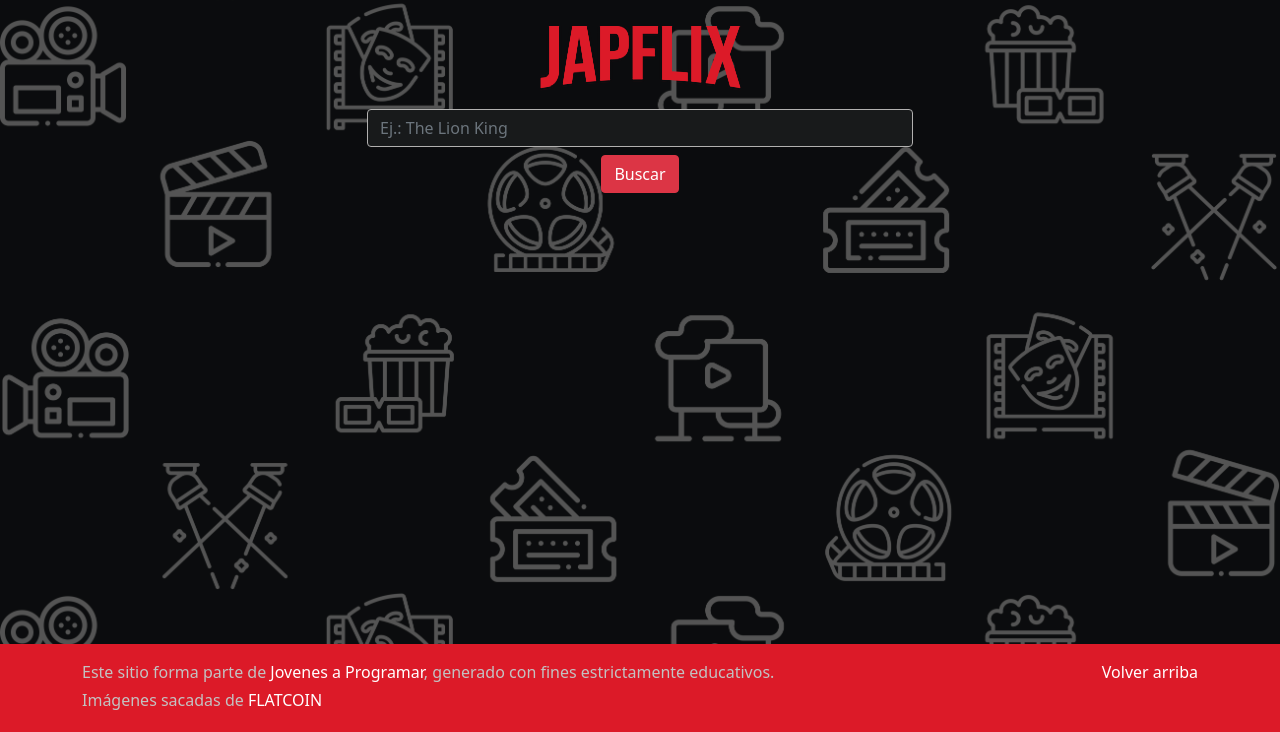
Repository: romancegirl/japflix
Page: index.html
The author's editor kept a copy of each file at every save. The page is drawn from the files as they stood at one save, then again after the next save.
The browser window is 1280 px wide. The pictures show the whole page.
The page's requests for data from a server got no answer.

Above is the page before, as saved 2024-11-18 19:08:36.

### index.html
<!doctype html>
<html lang="es">

<head>
  <meta charset="utf-8">
  <meta name="viewport" content="width=device-width, initial-scale=1">
  <title>Japflix</title>

  <link href="css/bootstrap.min.css" rel="stylesheet">
  <link rel="stylesheet" href="https://cdnjs.cloudflare.com/ajax/libs/font-awesome/4.7.0/css/font-awesome.min.css">
  <link rel="stylesheet" href="css/style.css">

</head>

<body class="bg-dark d-flex flex-column min-vh-100">

  <main class="flex-grow-1">
    <div class="text-center container">
      <div class="row py-lg-3">
        <div class="col-lg-6 col-md-8 mx-auto">
          <h1 class="fw-light"><img src="img/japflix.png" alt="japflix"></h1>
          <input type="search" class="form-control" name="buscar" id="inputBuscar" placeholder="Ej.: The Lion King">
          <button class="btn btn-danger m-2" id="btnBuscar">Buscar</button>
        </div>
      </div>
    </div>
    <div class="album">
      <ul class="list-group container" id="lista">
      </ul>
    </div>
  </main>

  <footer class="text-muted py-3">
    <div class="container">
      <p class="float-end mb-1">
        <a href="#">Volver arriba</a>
      </p>
      <p class="mb-1">Este sitio forma parte de <a href="https://jovenesaprogramar.edu.uy/" target="_blank">
        Jovenes a Programar</a>, generado con fines estrictamente educativos.</p>
        <p class="mb-1">Imágenes sacadas de <a href="https://www.flaticon.com/free-icon/" target="_blank">FLATCOIN</a></p>
    </div>
  </footer>

  <div class="offcanvas offcanvas-top text-bg-dark" id="movieDetails" tabindex="-1" aria-labelledby="movieDetailsLabel">
    <div class="offcanvas-header bg-dark text-bg-dark">
      <h4 id="movieTitle"></h4>
      <button type="button" class="btn-close btn-close-white" data-bs-dismiss="offcanvas" aria-label="Close"></button>
    </div>
    <div class="offcanvas-body bg-dark text-bg-dark">
      <p id="movieOverview"></p>
      <p><strong>Géneros:</strong> <span id="movieGenres"></span></p>
      <button class="btn btn-danger dropdown-toggle" data-bs-toggle="dropdown" aria-expanded="false" id="btnInfo">Más información</button>
      <ul class="dropdown-menu bg-dark text-bg-dark">
        <li><strong>Año de lanzamiento:</strong> <span id="movieYear"></span></li>
        <hr>
        <li><strong>Duración:</strong> <span id="movieDuration"></span> min</li>
        <hr>
        <li><strong>Presupuesto:</strong> $<span id="movieBudget"></span></li>
        <hr>
        <li><strong>Ganancias:</strong> $<span id="movieRevenue"></span></li>
      </ul>
    </div>
  </div>

  <script src="js/bootstrap.bundle.min.js"></script>
  <script src="js/script.js"></script>
</body>


</html>

### css/style.css
body {
    background-color: #1C1E1F;
    color: #B2B1B0;
    background:
        linear-gradient(rgba(0, 0, 0, 0.671), rgba(0, 0, 0, 0.671)),
        url('../img/background.png');
    background-size: 80rem;
    background-position: top 0.2rem center;
    background-repeat: repeat;
}

input[type="search"] {
    background-color: #181A1B;
    border: 1px solid #B2B1B0;
    color: #B2B1B0;
}

input[type="search"]:focus {
    box-shadow: 0 0 10px #96242F;
    background-color: #181A1B;
    border: 1px solid #96242F;
    color: #B2B1B0;
}

.offcanvas-body {
    background-color: #1C1E1F;
    color: #B2B1B0;
}

.img-card-fit {
    object-fit: cover;
    width: 100%;
    height: auto;
}

.img-cont {
    height: 200px;
    overflow: hidden;
    background-color: beige;
}

.card-content {
    height: 150px;
    overflow: auto;
}

main {
    min-height: calc(100vh - 100px);
}

.checked {
    color: orange;
}

.offcanvas-top {
    height: fit-content;
}

.list-group-item .d-flex {
    gap: 10px;
}

@media (max-width: 768px) {
    .list-group-item .d-flex {
        flex-direction: column;
        align-items: flex-start;
    }

    .list-group-item .d-flex p,
    .list-group-item .d-flex div {
        align-self: flex-start;
        width: 100%;
        margin: 0;
    }

    .list-group-item .d-flex div {
        margin-top: 8px;
    }
}

#movieGenres {
    font-style: italic;
}

.dropdown-menu {
    padding: 1rem 2rem;
    color: #B2B1B0;

}

footer {
    background-color: #DC1A28;
    bottom: 0;
    width: 100%;
    margin-top: 1.5rem;
}

footer p {
    color: #c3c2c2
}

footer a {
    color: #ffffff;
    text-decoration: none;
}

footer a:hover {
    color: #9b9a9b;
    transform: scale(1.05);
    transition: color 0.3s, text-shadow 0.3s;
}


.no-results-message {
    border: 5px dashed red;
    padding: 20px;
    margin: 2rem auto;
    width: fit-content;
    display: flex;
    justify-content: center;
    align-items: center;
}

.double {
    border: 10px double #d71a2d;
}

#movieTitle {
    border: 10px double #d71a2d;
    padding: 10px;
    margin-bottom: 0;
}


#lista>.list-group-item.double:hover {
    background-color: #393939 !important;
    /* Un color más claro */
    transition: background-color 0.5s ease, box-shadow 0.5s ease;
    box-shadow: 0 4px 8px rgba(0, 0, 0, 0.3);
    /* Sombra */
    cursor: pointer;
}

### js/script.js
document.addEventListener("DOMContentLoaded", () => {
    fetchMovies();
});

let moviesData = [];

async function fetchMovies() {
    try {
        const response = await fetch("https://japceibal.github.io/japflix_api/movies-data.json");
        moviesData = await response.json();
    } catch (error) {
        console.error("Error al obtener datos de la API:", error);
    }
}


document.getElementById("btnBuscar").addEventListener("click", () => searchMovies());

document.getElementById("inputBuscar").addEventListener("keydown", (event) => {
    if (event.key === "Enter") {
        event.preventDefault();
        searchMovies();
    }
});


function searchMovies() {
    const searchTerm = document.getElementById("inputBuscar").value.toLowerCase();
    if (searchTerm) {
        const results = moviesData.filter(movie =>
            movie.title.toLowerCase().includes(searchTerm) ||
            movie.genres.some(genre => genre.name.toLowerCase().includes(searchTerm)) ||
            (movie.tagline && movie.tagline.toLowerCase().includes(searchTerm)) ||
            (movie.overview && movie.overview.toLowerCase().includes(searchTerm))
        );
        displayMovies(results);
    }
}


function displayMovies(movies) {
    const lista = document.getElementById("lista");
    lista.innerHTML = "";

    if (movies.length === 0) {
        const noResultsMessage = document.createElement("li");
        noResultsMessage.className = "list-group-item bg-dark text-white text-center no-results-message";
        noResultsMessage.innerHTML = `
            <h3><strong>¡Ups! No hemos encontrado ninguna película. ¡Vuelve a intentarlo!</strong></h3>
        `;
        lista.appendChild(noResultsMessage);
    } else {
        movies.forEach(movie => {
            const listItem = document.createElement("li");
            listItem.className = "list-group-item bg-dark text-white double";
            listItem.innerHTML = `
                <h5>${movie.title}</h5>
                <div class="d-flex justify-content-between align-items-center">
                    <p><i>${movie.tagline}</i></p>
                    <div>${renderStars(movie.vote_average)}</div>
                </div>
            `;
            listItem.addEventListener("click", () => showMovieDetails(movie));
            lista.appendChild(listItem);
        });
    }
}



function renderStars(vote) {
    let stars = "";
    for (let i = 1; i <= 5; i++) {
        stars += `<span class="fa fa-star ${i <= vote / 2 ? "checked" : ""}"></span>`;
    }
    return stars;
}


function showMovieDetails(movie) {
    document.getElementById("movieTitle").textContent = movie.title;
    document.getElementById("movieOverview").textContent = movie.overview;
    document.getElementById("movieGenres").textContent = movie.genres.map(genre => genre.name).join(", ");
    document.getElementById("movieYear").textContent = new Date(movie.release_date).getFullYear();
    document.getElementById("movieDuration").textContent = movie.runtime;
    document.getElementById("movieBudget").textContent = movie.budget.toLocaleString();
    document.getElementById("movieRevenue").textContent = movie.revenue.toLocaleString();

    const offcanvas = new bootstrap.Offcanvas(document.getElementById("movieDetails"));
    offcanvas.show();
}

Loaded but not shown: css/bootstrap.min.css (library); js/bootstrap.bundle.min.js (library)

After the next save:
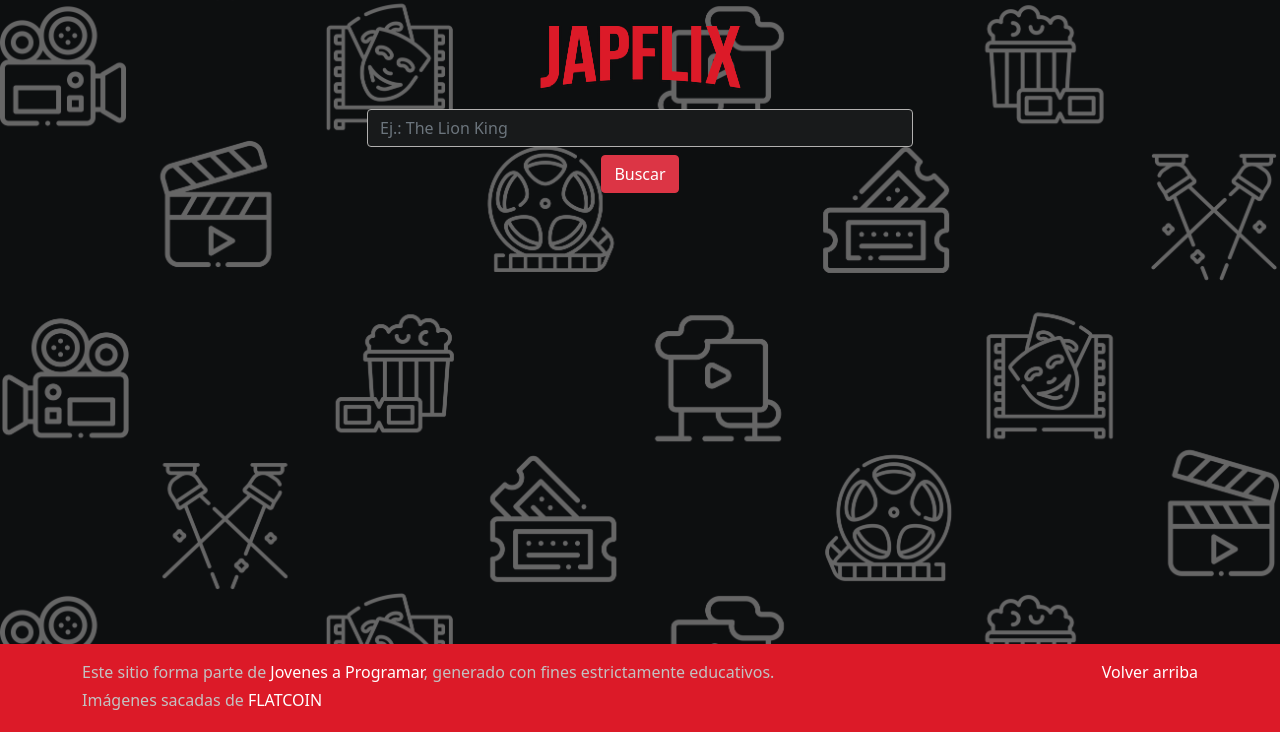
Saved 23 s later.
--- a/css/style.css
+++ b/css/style.css
@@ -2,7 +2,7 @@
     background-color: #1C1E1F;
     color: #B2B1B0;
     background:
-        linear-gradient(rgba(0, 0, 0, 0.671), rgba(0, 0, 0, 0.671)),
+        linear-gradient(rgba(0, 0, 0, 0.6), rgba(0, 0, 0, 0.6)),
         url('../img/background.png');
     background-size: 80rem;
     background-position: top 0.2rem center;
